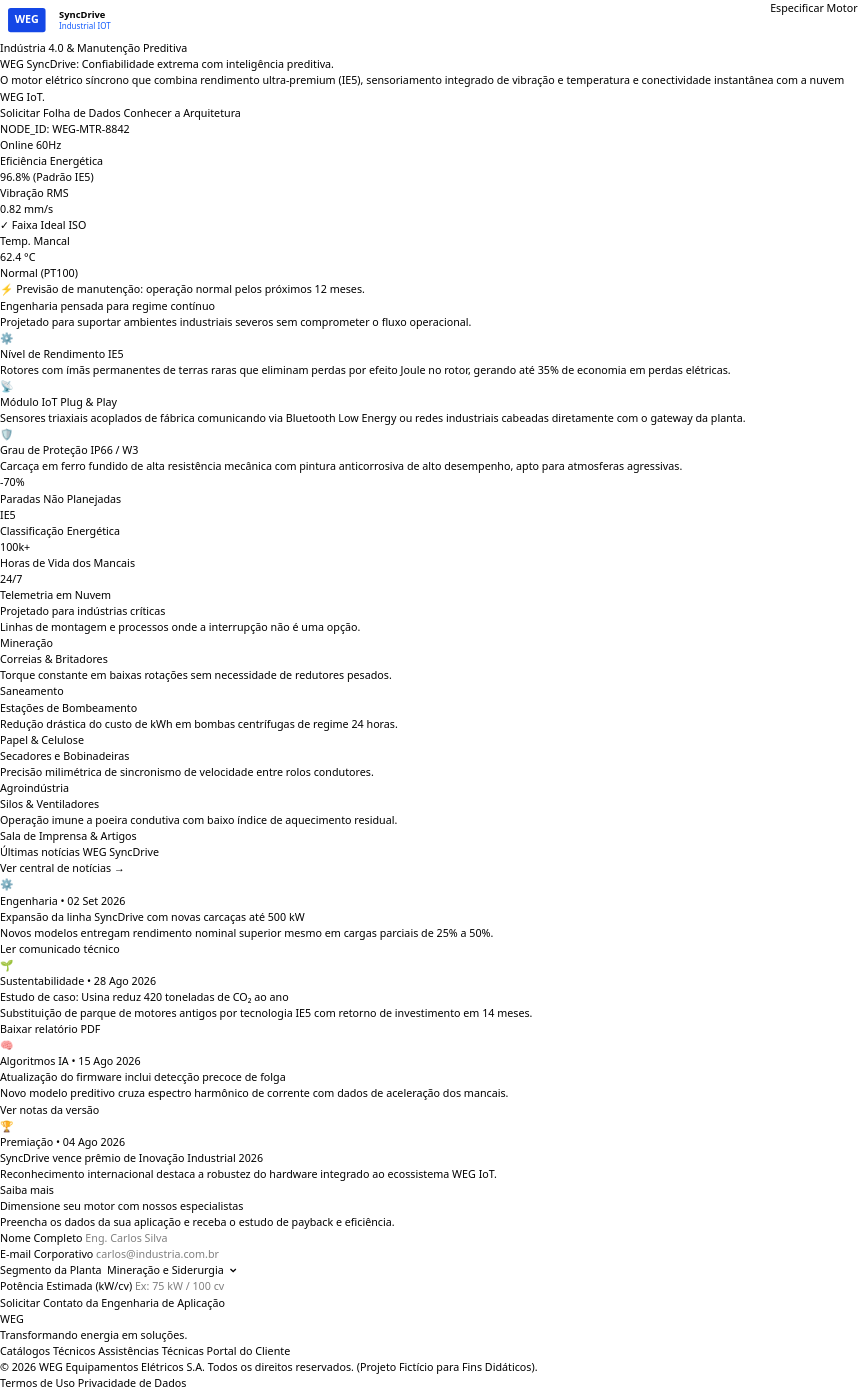
Repository: PatriciaHorst/tailwind-base
Page: index.html
An editor plug-in stored every save of this project. The page is shown before and after a run of saves, followed by the edit.
The browser window is 1280 px wide. The pictures show the whole page, at 67% of full size.

Above is the page before, as saved 2026-09-08 19:08:26.

After the next 2 saves:
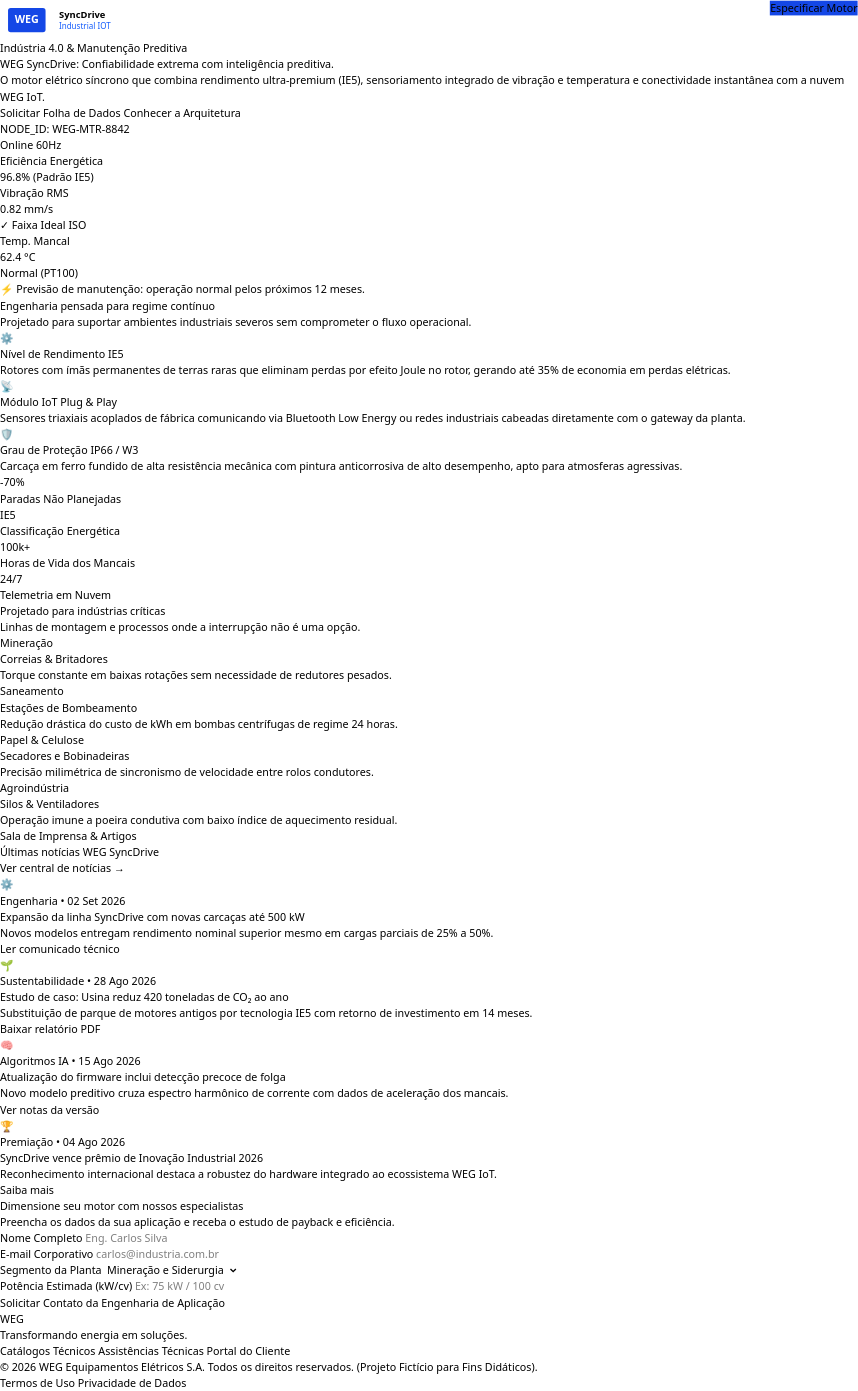
The 2 saves are shown as one change because they came seconds apart.
The last was saved 6 s later.
--- a/index.html
+++ b/index.html
@@ -37,7 +37,7 @@
 
       <div>
         <a class="hidden" href="#contato">Falar com Consultor</a>
-        <a  class="" href="#contato">Especificar Motor</a>
+        <a  class=" bg-blue-700" href="#contato">Especificar Motor</a>
       </div>
     </div>
   </header>
